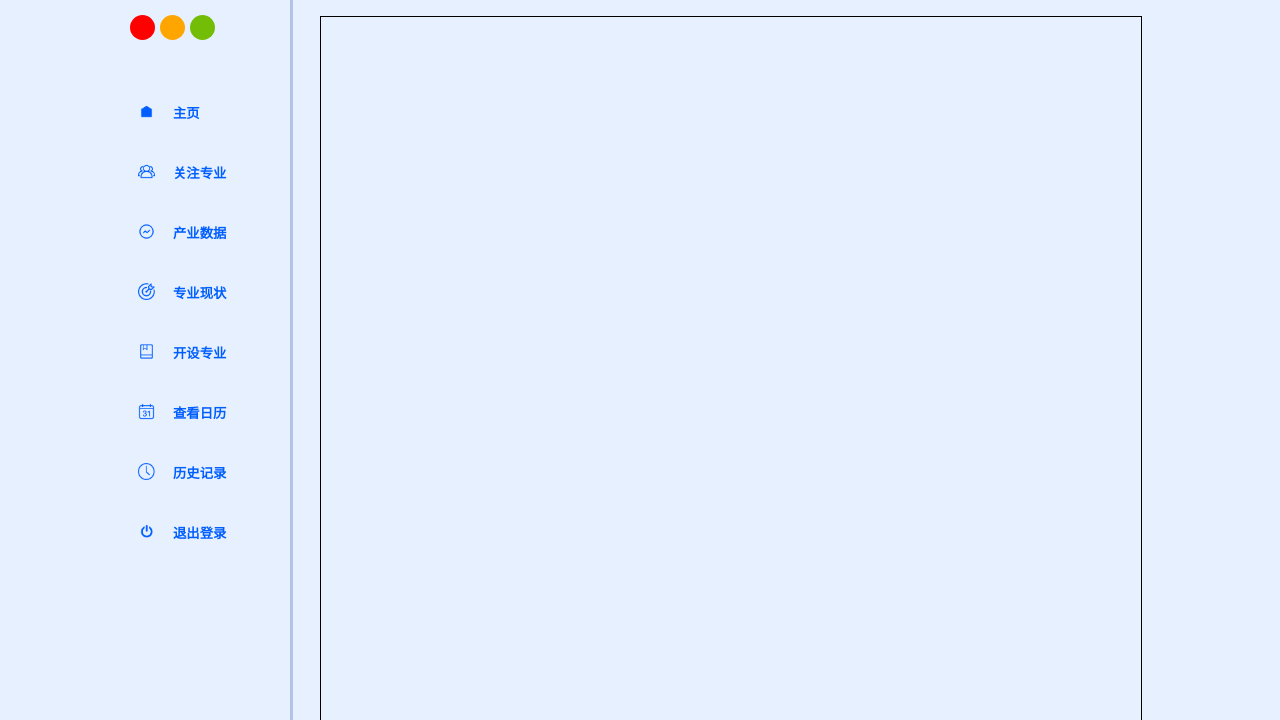
Repository: akaCSDN/test
Page: 2.1主页.html
The author's editor kept a copy of each file at every save. The page is drawn from the files as they stood at one save, then again after a run of saves.
The browser window is 1280 px wide. The pictures show the whole page.
Pictures or frames that could not be fetched are drawn as grey boxes.

Above is the page before, as saved 2022-12-03 22:08:51.

### 2.1主页.html
<!DOCTYPE html>
<html lang="en">
<head>
    <meta charset="UTF-8">
    <meta http-equiv="X-UA-Compatible" content="IE=edge">
    <meta name="viewport" content="width=device-width, initial-scale=1.0,minimum-scale=1.0,maximum-scale=1.0,user-scal=no">
    <title>Document</title>
    <script src="./JS/jquery-3.6.0.js"></script>
    <style type="text/css">
        *{
            margin: 0;
            padding: 0;
            border: 0;
        }
        .main{
            width: 1300px;
            height: 760px;
            /* border: 1px solid black; */
            border-radius: 20px;
            background-color: aliceblue;
            opacity: 0.7;
            position: fixed;
            top: 0;
            right: 0;
            bottom: 0;
            left: 0;
            margin: auto;

        }
        .left{
            width: 190px;
            height: 760px;
            border-radius: 20px 0px 0px 20px;
            border-right: 3px solid rgba(146, 169, 213, 0.622);
            /* border: 1px solid black; */
            position: absolute;
            margin-left: 100px;
            /* margin-top: 1px; */
            position: fixed;
        }
        .circle-point{
            width: 100px;
            height: 30px;
            /* border: 1px solid black; */
            margin-left: 25px;
            margin-top: 15px;
        }
        .circle-point div{
            width: 25px;
            height: 25px;
            border-radius: 100% 100% 100% 100%;
            float: left;
            opacity: 1;
            /* position: absolute; */
            margin-left: 5px;

        }
        .button{
            width: auto;
            height: auto;
            /* border: 1px solid black; */
            margin-top: 50px;


        }
        .button li{
            list-style-type: none;
            /* border: 1px solid black; */
            margin-top: 25px;
            width: 150px;
            margin-left: 13px;
            border-radius: 10px;
            /* background-color: rgb(255, 255, 255); */
            /* display:none ; */

        }
        .button button{
            width: 90px;
            height: 35px;
            text-align: left;
            margin-left: 60px;
            /* color: rgba(0, 94, 255, 0.909); */
            color: #005EFF;
            font-weight: 600;
            /* margin-top: 30px; */
            background: none;
            pointer-events: fill;


        }
        .button img{
            width: 17px;
            height: 17px;
            position: absolute;
            margin-top: 8px;
            margin-left: 25px;
        }
        .right{
            width: 820px;
            height: 760px;
            border: 1px solid black;
            margin-left: 320px;
            margin-top: 16px;
            position: fixed;
        }
    </style>
</head>
<body style="background-color: rgb(209, 222, 254);">

    <div class="main">
    </div>
    <div class="left">
        <div class="circle-point">
            <div style="background-color: red;"></div>
            <div style="background-color: orange;"></div>
            <div style="background-color:rgb(116, 189, 7);"></div>
        </div>
        <div class="button">
                <li><img src="./icon/主页.png" alt=""><button>主页</button></li>
                <li><img src="./icon/专业.png" alt=""><button>关注专业</button></li>
                <li><img src="./icon/数据.png" alt=""><button>产业数据</button></li>
                <li><img src="./icon/现状.png" alt=""><button>专业现状</button></li>
                <li><img src="./icon/开设.png" alt=""><button>开设专业</button></li>
                <li><img src="./icon/日历.png" alt=""><button>查看日历</button></li>
                <li><img src="./icon/历史.png" alt=""><button>历史记录</button></li>
                <li><img src="./icon/退出.png" alt=""><button>退出登录</button></li>
        </div>
    </div>
    <div class="right">

    </div>


</body>
<script>
    $(document).ready(function(){
            $(".button li").mouseover(function(){
                $(this).css("background-color","white")


        })

        $(".button li").mouseleave(function(){
                $(this).css("background","none")
        })
        $(".button li").click(function(){
            var name=$(this).text();
            switch (name) {
                case '关注专业':

                    break;

                default:
                    break;
            }
        })

    })
</script>
</html>

Loaded but not shown: JS/jquery-3.6.0.js (library)

After the next 3 saves:
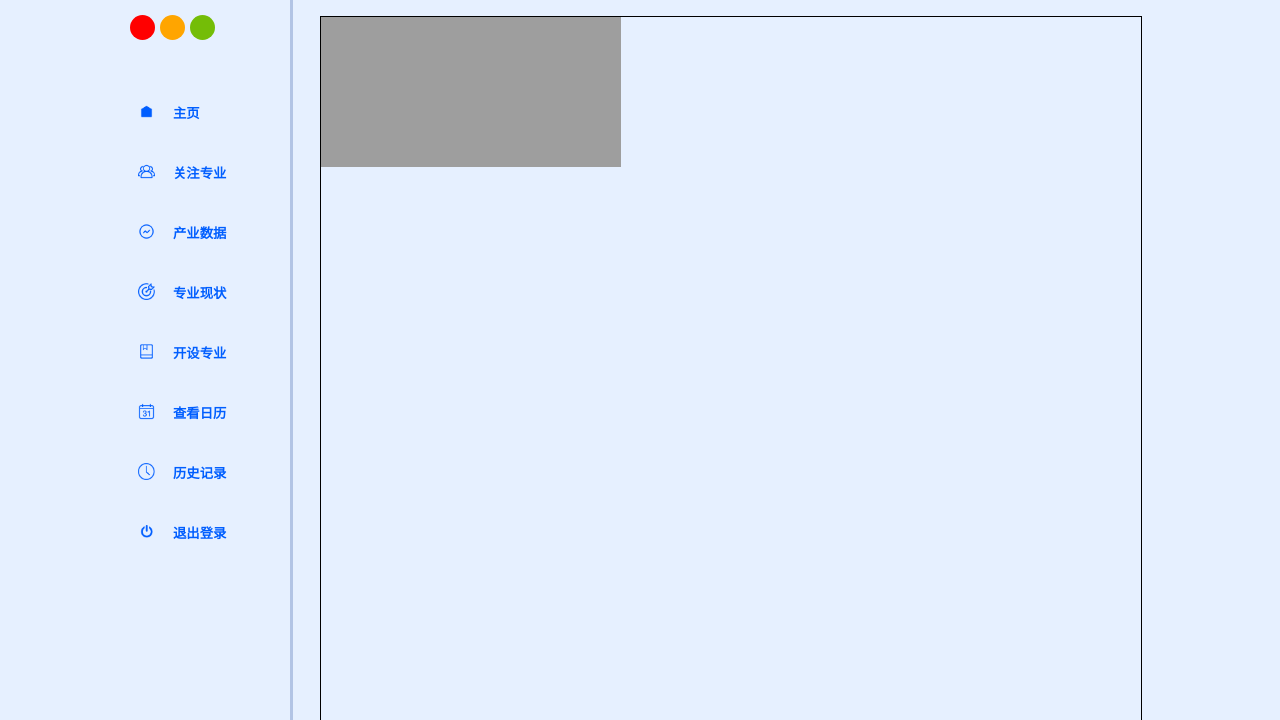
The 3 saves are shown as one change because they came seconds apart.
The last was saved 13 s later.
--- a/2.1主页.html
+++ b/2.1主页.html
@@ -127,7 +127,7 @@
         </div>
     </div>
     <div class="right">
-
+        <iframe src="./" frameborder="0"></iframe>
     </div>
 
 
